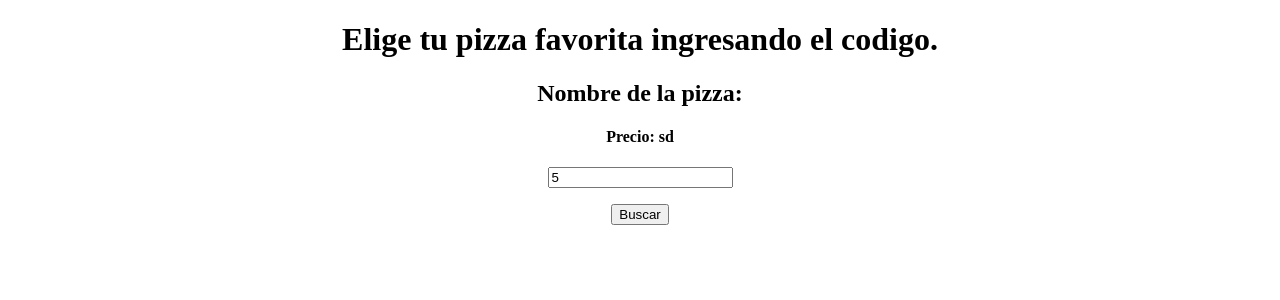
Repository: lucas-itup/E1-JAVASCRIPT
Page: index.html
An editor plug-in stored every save of this project. The page is shown before and after the next save, followed by the edit.
The browser window is 1280 px wide. The pictures show the whole page.
Empty fields were first filled with sample values (such as "Sample", 5 or name@example.com).
After loading, the first visible `button` was clicked once.

Above is the page before, as saved 2022-09-11 21:07:28.

After the next save:
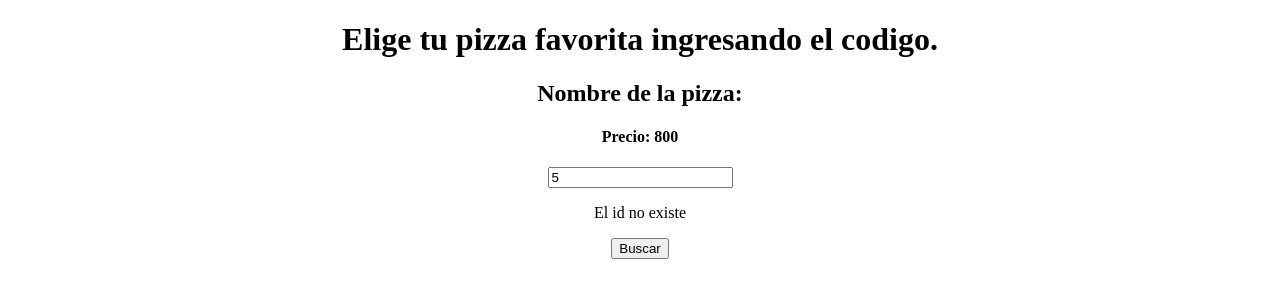
Saved 44 s later.
--- a/assets/index.js
+++ b/assets/index.js
@@ -61,7 +61,7 @@ const buscarPizza = () => {
     var found = pizzas.find(function(post, index) {
         console.log(post.id);
         console.log(valueid)
-        if (post.id == valueid) precioPizza.textContent = post.precio ? "sd" : inputVacio.textContent = "El id no existe";
+        post.id == valueid ? precioPizza.textContent = post.precio : inputVacio.textContent = "El id no existe";
 
 
     });
